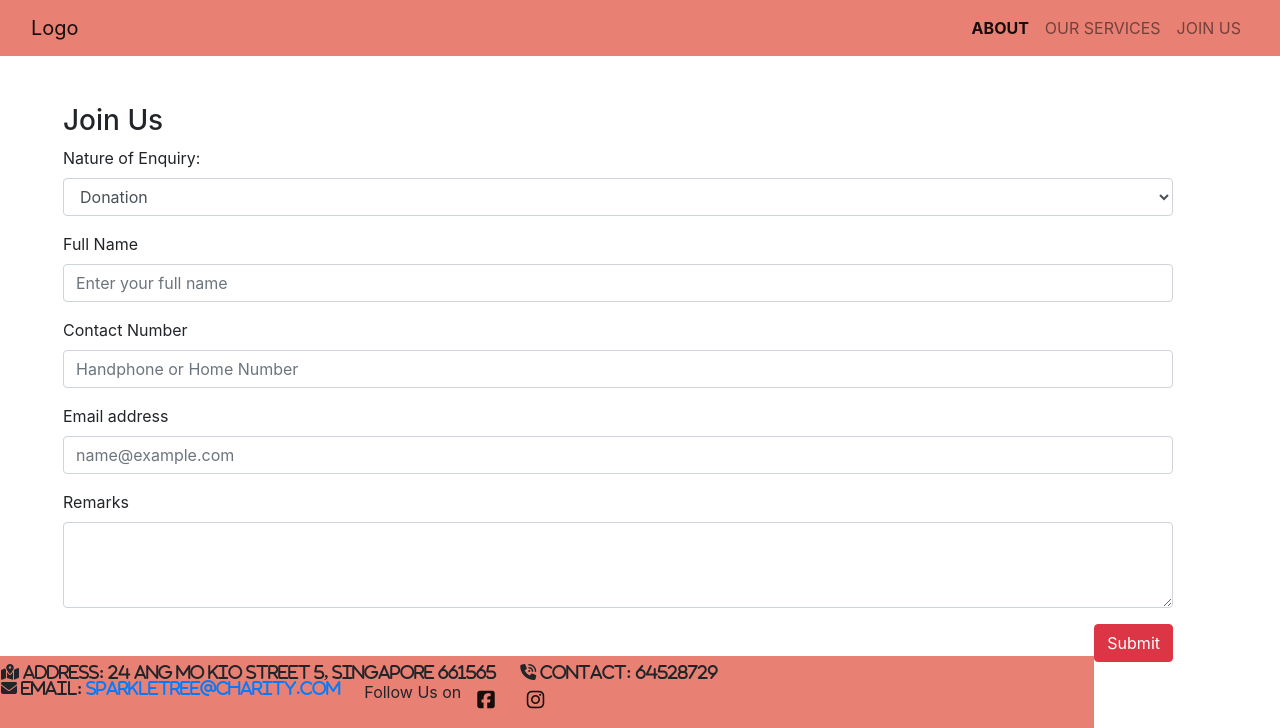
Repository: Code-Institute-Submissions/Jasonngyt-Project1
Page: enquiry.html
The author's editor kept a record of every edit. The page is drawn from the files as they stood at one moment, then again after the next edit.
The browser window is 1280 px wide. The pictures show the whole page.
Some web fonts or font styles are not loaded; a fallback is used. Some web libraries are served in a nearby version.

Above is the page before.

### enquiry.html
<!DOCTYPE html>
<html lang="en">
<head>
    <meta charset="UTF-8">
    <meta name="viewport" content="width=device-width, initial-scale=1.0">
    <meta http-equiv="X-UA-Compatible" content="ie=edge">
    <title>Donation/Volunteer</title>

    <!-- Bootsrap CSS -->
    <link rel="stylesheet" href="https://stackpath.bootstrapcdn.com/bootstrap/4.3.1/css/bootstrap.min.css" integrity="sha384-ggOyR0iXCbMQv3Xipma34MD+dH/1fQ784/j6cY/iJTQUOhcWr7x9JvoRxT2MZw1T" crossorigin="anonymous">

    <!-- Font Awesome -->
    <script src="https://kit.fontawesome.com/749eb0769b.js"></script>

    <!--Google Font -->
    <link href="https://fonts.googleapis.com/css?family=PT+Serif+Caption&display=swap" rel="stylesheet">

    <!-- mystyle.css -->
    <link rel="stylesheet" href="CSSstyle/mystyle.css" type="text/css"/>

</head>
<body>

    <!-- Navbar -->
    <nav class="navbar navbar-expand-md navbar-light sticky-top">
        <div class="container-fluid">
            <a class="navbar-brand" href="index.html">Logo</a>
            <button class="navbar-toggler" type="button" data-toggle="collapse" data-target="#navbarSupportedContent">
                <span class="navbar-toggler-icon"></span>
            </button>

            <div class="collapse navbar-collapse" id="navbarSupportedContent">
                <ul class="navbar-nav ml-auto">
                    <li class="nav-item active">
                        <a class="nav-link nav text-uppercase" href="index.html"><strong>About</strong><span class="sr-only">(current)</span></a>
                    </li>
                    <li class="nav-item">
                        <a class="nav-link text-uppercase" href="services.html">Our Services</a>
                    </li>
                    <li class="nav-item">
                        <a class="nav-link text-uppercase" href="enquiry.html" tabindex="-1">Join Us</a>
                    </li>
                </ul>
            </div>
        </div>
    </nav>

    <!-- Form -->
    <div class="container m-5">
        <div><h3> Join Us </h3></div>
        <form>
            <div class="form-group">
                <label for="EnquiryType">Nature of Enquiry: </label>
                <select class="form-control" id="EnquiryType">
                    <option>Donation</option>
                    <option>Volunter</option>
                    <option>General Enquiries</option>
                </select>
            </div>
            <div class="form-group">
                <label for="formName">Full Name</label>
                <input type="text" class="form-control" id="formName" placeholder="Enter your full name">
            </div>
             <div class="form-group">
                <label for="formContact">Contact Number</label>
                <input type="tel" class="form-control" id="formContact" placeholder="Handphone or Home Number">
            </div>
            <div class="form-group">
                <label for="formEmail">Email address</label>
                <input type="email" class="form-control" id="formEmail" placeholder="name@example.com">
            </div>
            <div class="form-group">
                <label for="formRemarks">Remarks</label>
                <textarea class="form-control" id="formRemarks" rows="3"></textarea>
            </div>
            <button type="submit" class="btn btn-danger float-right">Submit</button>
        </form>
    </div>

    <!-- Footer Navbar -->
    <nav class="navbar navbar-light justify-content-center">
        <div class="row">
            <div class="fas fa-map-marked-alt pr-4"> Address: 24 Ang Mo Kio Street 5, Singapore 661565</div>
            <div class="fas fa-phone-volume pr-4"> Contact: 64528729</div>
            <div class="fas fa-envelope pr-4"> Email: <a href="maito: sparkletree@charity.com">sparkletree@charity.com </a></div>
            <p class="pr-3">Follow Us on </p>
            <a class="navbar-brand" href="#! pr-4"><i class="fab fa-facebook-square pr-3"></i></a>
            <a class="navbar-brand" href="#!"><i class="fab fa-instagram"></i></a>
        </div>
    </nav>

    <!- Bootstrap Javascript -->
    <script src="https://code.jquery.com/jquery-3.3.1.slim.min.js" integrity="sha384-q8i/X+965DzO0rT7abK41JStQIAqVgRVzpbzo5smXKp4YfRvH+8abtTE1Pi6jizo" crossorigin="anonymous"></script>
    <script src="https://cdnjs.cloudflare.com/ajax/libs/popper.js/1.14.7/umd/popper.min.js" integrity="sha384-UO2eT0CpHqdSJQ6hJty5KVphtPhzWj9WO1clHTMGa3JDZwrnQq4sF86dIHNDz0W1" crossorigin="anonymous"></script>
    <script src="https://stackpath.bootstrapcdn.com/bootstrap/4.3.1/js/bootstrap.min.js" integrity="sha384-JjSmVgyd0p3pXB1rRibZUAYoIIy6OrQ6VrjIEaFf/nJGzIxFDsf4x0xIM+B07jRM" crossorigin="anonymous"></script>
</body>
</html>

### CSSstyle/mystyle.css
.navbar{
    background-color: #E98074;
}
.nav {
    text-transform: uppercase
}

.about_font {
    font-family: 'PT Serif Caption', serif;
}

.about{
    background-color: #EAE7DC;
    padding: 0px;
    margin: 0px;
}

.about_bg {
    position: relative;
    background-image: url("../image/superchild.jpg");
    padding: 0%;
    width: 100%;
    height: 80vh;
    background-position: center;
    background-repeat: no-repeat;
    background-size: cover;
}

.statistic {
    height: 150px;
    background-color: #E85A4F;
    margin: 20px;
    color: white;
    padding: 20px;
}

.services {
    border: 3px #E85A4F solid;
    background-color: #E85A4F;
    color: white;
}

.services_border {
    border: 1px #E85A4F solid;
}

After the next edit:
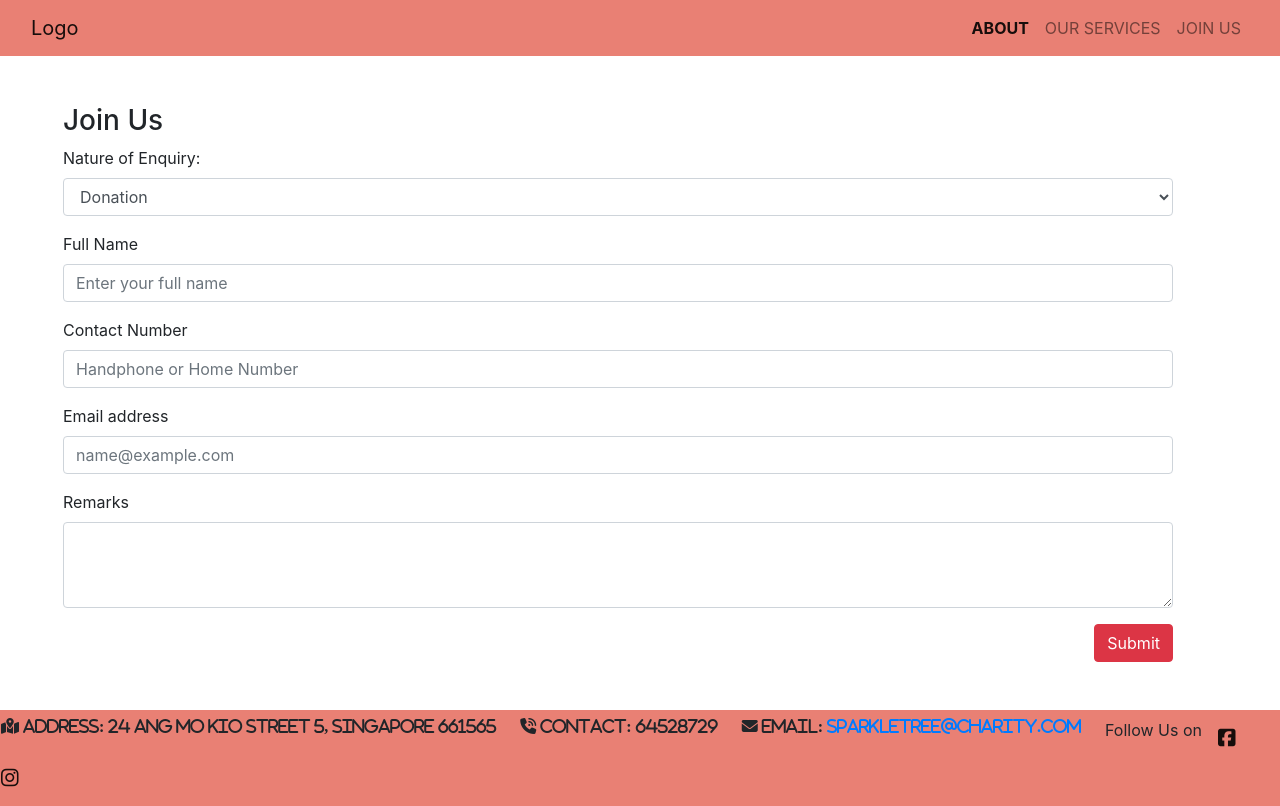
The edit:
--- a/enquiry.html
+++ b/enquiry.html
@@ -73,7 +73,9 @@
                 <label for="formRemarks">Remarks</label>
                 <textarea class="form-control" id="formRemarks" rows="3"></textarea>
             </div>
-            <button type="submit" class="btn btn-danger float-right">Submit</button>
+            <div align="right">
+                <button type="submit" class="btn btn-danger">Submit</button>
+            </div>
         </form>
     </div>
 
